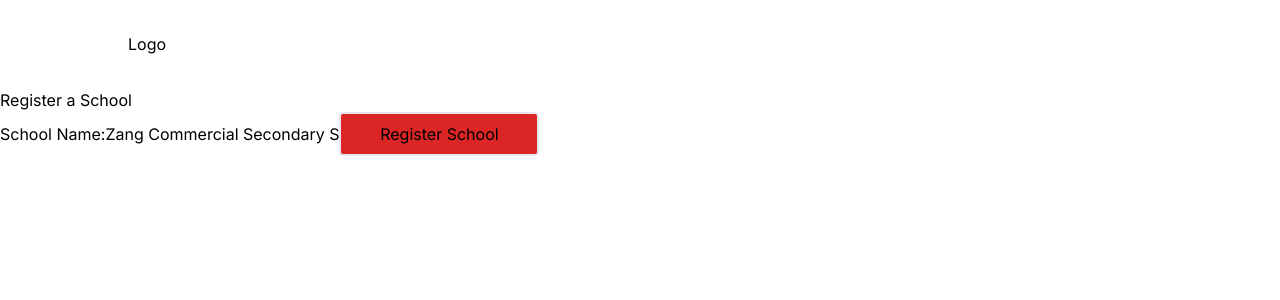
Repository: marcusdashe/fullstack-ts
Page: /school
An editor plug-in stored every save of this project. The page is shown before and after the next save, followed by the edit.
The browser window is 1280 px wide. The pictures show the whole page.
The page's requests for data from a server got no answer. The project was rebuilt for these pictures with package versions that can differ from the ones it lists, and the page was loaded fresh each time. The framework's server and built-in components were replaced by stand-ins that run in the browser. No one was signed in, and anything a server would have sent is missing. Also part of the build but not shown: next.config.js.

Above is the page before, as saved 2023-07-28 09:38:39.

### app/layout.tsx
import "./globals.css";
import type { Metadata } from "next";
import { Inter } from "next/font/google";
import Navbar from "./components/NavBar";

const inter = Inter({
  weight: ["400", "600"],
  subsets: ["latin"],
});

export const metadata: Metadata = {
  title: "SMP",
  description: "School Management System for Secondary School",
  keywords: ["smp", "lms", "marcus"],
};

export default function RootLayout({
  children,
}: {
  children: React.ReactNode;
}) {
  return (
    <html lang="en">
      <body className={inter.className}>
        <Navbar />
        {children}
      </body>
    </html>
  );
}

### app/school/page.tsx
"use client";

import { useState } from "react";
import SchoolService, { School } from "../services/api/school.service";

const RegisterSchoolPage: React.FC = () => {
  const initialFormData: School = {
    schoolName: "Zang Commercial Secondary School",
    schoolAddress: "Bukuru Road Opposite Tetengi Estate",
    schoolPhoneNumber: "08034477604",
    schoolWebsite: "www.zangcommercial.com",
    schoolEmail: "contact@zangcommercial.com",
    schoolLogo: "",
  };

  const [formData, setFormData] = useState<School>(initialFormData);

  const handleChange = (e: React.ChangeEvent<HTMLInputElement>) => {
    const { name, value } = e.target;
    setFormData((prevFormData) => ({
      ...prevFormData,
      [name]: value,
    }));
  };

  const handleSubmit = async (e: React.FormEvent) => {
    e.preventDefault();
    try {
      await SchoolService.registerSchool(formData);

      console.log("School registered successfully");
      setFormData(initialFormData);
    } catch (error) {
      console.error("Error registering school:", error);
    }
  };

  return (
    <div>
      <h1>Register a School</h1>

      <form onSubmit={handleSubmit}>
        <label>
          School Name:
          <input
            type="text"
            name="school"
            value={formData.schoolName}
            onChange={handleChange}
          />
        </label>
        <button
          type="submit"
          className="border-2 bg-red-600 rounded p-2 w-[200px]  "
        >
          Register School
        </button>
      </form>
    </div>
  );
};

export default RegisterSchoolPage;

### app/components/NavBar.tsx
"use client";

import React from "react";
import { useRouter } from "next/router";
import Link from "next/link";
// import Logo from "./Logo";
// import { TwitterIcon, GithubIcon, LinkedInIcon } from "./Icons";
// import { motion } from "framer-motion";

type CustomLinkProps = {
  href: string;
  title: string;
  className: string | object;
};

const CustomLink = ({ href, title, className = "" }: CustomLinkProps) => {
  //   const router = useRouter();

  return (
    <Link href={href} className={`${className} relative group`}>
      {title}
      <span
        className={`h-[1px] inline-block bg-dark absolute left-0 -bottom-0.5 group-hover:w-full transition-[width] ease duration-300 ${
          "w-0" //   router.asPath === href ? "w-full" : "w-0"
        }`}
      >
        &nbsp;
      </span>
    </Link>
  );
};

const Navbar: React.FC = () => {
  return (
    <header
      className="w-full px-32 py-8 font-medium
            flex items-center justify-between sticky top-0 z-10 bg-white"
    >
      <nav>
        <CustomLink href="/" title="Logo" className="mr-4" />
        {/* <CustomLink href="/about" title="About" className="mx-4" /> */}
      </nav>

      <nav className="flex items-center justify-center flex-wrap">
        <a
          href="https://www.twitter.com/marcusdashe"
          target={"_blank"}
          className="w-6 mx-3"
        >
          {/* <TwitterIcon className="" /> */}
        </a>
        <a
          href="https://www.linkedin.com/in/marcus-dashe-15a088202"
          target={"_blank"}
          className="w-6 mx-3"
        ></a>
        <a
          href="https://www.github.com/marcusdashe"
          target={"_blank"}
          className="w-6 ml-3"
        >
          {/* <GithubIcon /> */}
        </a>
      </nav>
      <div className="absolute left-[50%] top-2 translate-x-[-50]">
        {/* <Logo /> */}
      </div>
    </header>
  );
};

export default Navbar;

### app/services/api/school.service.ts
import axios, { AxiosResponse } from "axios";
import config from "../config";

export interface School {
  schoolName: string;
  schoolAddress: string;
  schoolPhoneNumber: string;
  schoolWebsite: string;
  schoolEmail: string;
  schoolLogo: string;
}

const API_URL: string = config.API_BASE_URL;

class SchoolService {
  static client = axios.create({
    baseURL: API_URL,
  });

  async registerSchool(school: School): Promise<AxiosResponse<School>> {
    const response = await SchoolService.client.post<School>(
      "/schools/create",
      school
    );
    return response;
  }

  async fetchAllSchools(): Promise<AxiosResponse<School[]>> {
    const response = await SchoolService.client.get<School[]>("/schools/all");
    return response;
  }

  async fetchSchoolById(id: number): Promise<AxiosResponse<School>> {
    const response = await SchoolService.client.get<School>(`/school/${id}`);
    return response;
  }

  async updateSchool6(
    school: School,
    id: number
  ): Promise<AxiosResponse<School>> {
    const response = await SchoolService.client.put<School>(
      `/schools/${id}`,
      school
    );
    return response;
  }

  async delSchoolById(id: number): Promise<AxiosResponse<void>> {
    const response = await SchoolService.client.delete<void>(`/schools/${id}`);
    return response;
  }

  async fetchSchoolByName(schoolName: string): Promise<AxiosResponse<School>> {
    const response = await SchoolService.client.get<School>(
      `/schools/byName/${schoolName}`
    );
    return response;
  }

  async fetchSchoolByPhoneNumber(
    phoneNumber: string
  ): Promise<AxiosResponse<School>> {
    const response = await SchoolService.client.get<School>(
      `/schools/byPhoneNumber/${phoneNumber}`
    );
    return response;
  }

  async fetchSchoolByWebsite(
    schoolWebsite: string
  ): Promise<AxiosResponse<School>> {
    const response = await SchoolService.client.get<School>(
      `/schools/byWebsite/${schoolWebsite}`
    );
    return response;
  }

  async fetchSchoolByEmail(email: string): Promise<AxiosResponse<School>> {
    const response = await SchoolService.client.get<School>(
      `/schools/byEmail/${email}`
    );
    return response;
  }
}

export default new SchoolService();

### app/services/config.ts
export default {
  API_BASE_URL:
    `${process.env.NEXT_PUBLIC_BACKEND_BASE_URL}/api-v1` ||
    "http://localhost:8000/api-v1",
};

Loaded but not shown: app/globals.css (common file); tailwind.config.js (common file)

After the next save:
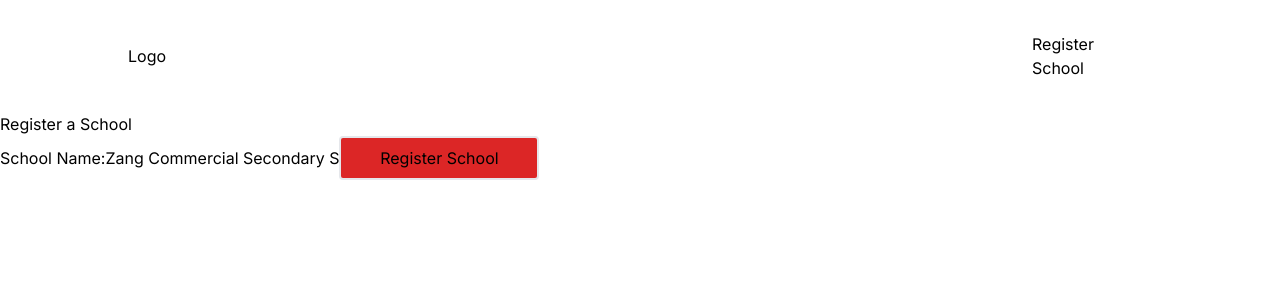
Saved 44 s later.
--- a/app/components/NavBar.tsx
+++ b/app/components/NavBar.tsx
@@ -47,7 +47,7 @@ const Navbar: React.FC = () => {
           target={"_blank"}
           className="w-6 mx-3"
         >
-          {/* <TwitterIcon className="" /> */}
+          Register School
         </a>
         <a
           href="https://www.linkedin.com/in/marcus-dashe-15a088202"
